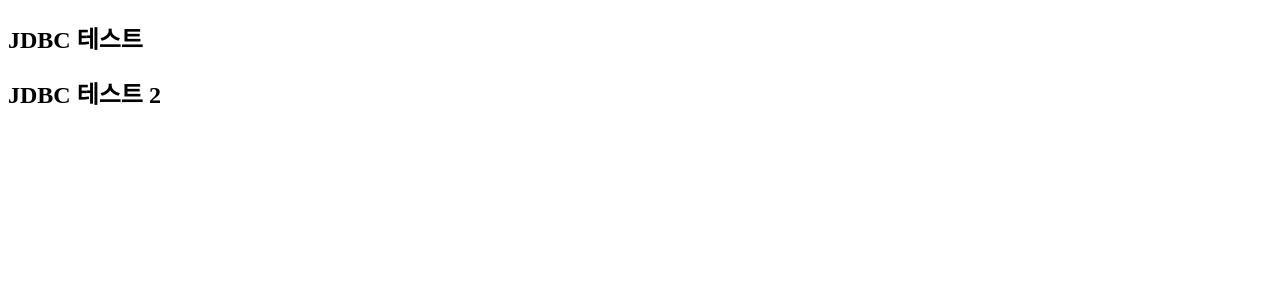
Repository: Park-Dongheon/Servlet-JSP_Training
Page: http://localhost/MustHaveJSP/05JDBC/ConnectionTest.jsp
These files come from the project's save history. The page is drawn as it stood at one moment and after the next save; the edit follows.
The browser window is 1280 px wide. The pictures show the whole page.
The page is served by Tomcat 10. Other server files are loaded and not shown.

Above is the page before, as saved 2024-06-14 06:07:34.

### MustHaveJSP/src/main/webapp/05JDBC/ConnectionTest.jsp
<%@ page import="common.JDBConnect" %>
<%@ page language="java" contentType="text/html; charset=UTF-8"
    pageEncoding="UTF-8"%>
<!DOCTYPE html>
<html>
<head>
<meta charset="UTF-8">
<title>JDBC</title>
</head>
<body>
	<h2>JDBC 테스트</h2>
	<%
	JDBConnect jdbc1 = new JDBConnect();
	jdbc1.close();
	%>
	<h2>JDBC 테스트 2</h2>
	<%
	String driver = application.getInitParameter("MySQL Driver");
	String url = application.getInitParameter("MySQL URL");
	String id = application.getInitParameter("MySQL Id");
	String pwd = application.getInitParameter("MySQL Pwd");

	JDBConnect jdbc2 = new JDBConnect(driver, url, id, pwd);
	jdbc2.close();
	%>
</body>
</html>

After the next save:
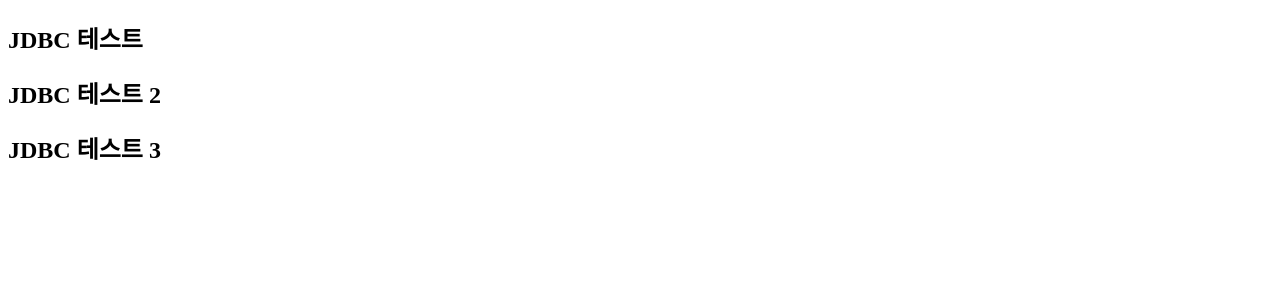
Saved 12 min 14 s later.
--- a/MustHaveJSP/src/main/webapp/05JDBC/ConnectionTest.jsp
+++ b/MustHaveJSP/src/main/webapp/05JDBC/ConnectionTest.jsp
@@ -23,5 +23,10 @@
 	JDBConnect jdbc2 = new JDBConnect(driver, url, id, pwd);
 	jdbc2.close();
 	%>
+	<h2>JDBC 테스트 3</h2>
+	<%
+	JDBConnect jdbc3 = new JDBConnect(application);
+	jdbc2.close();
+	%>
 </body>
 </html>
